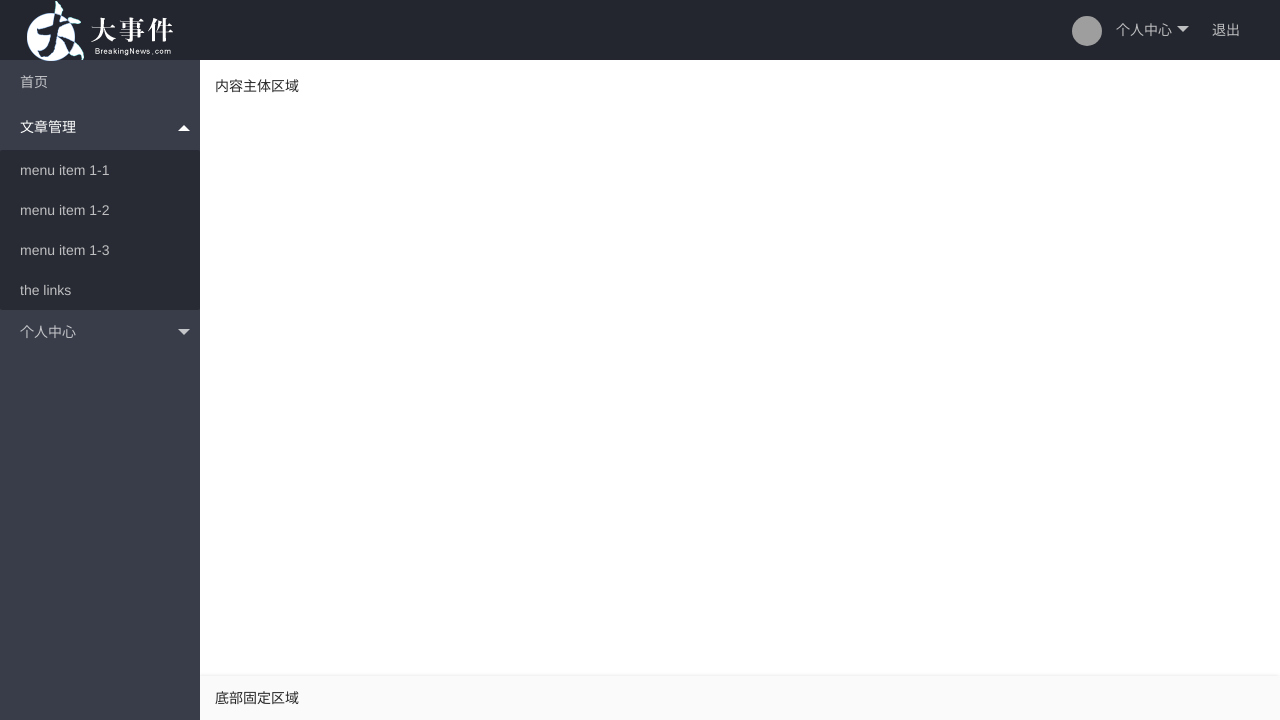
Repository: 1zhoukexin/web_aad
Page: index.html
These files come from the project's save history. The page is drawn as it stood at one moment and after the next save; the edit follows.
The browser window is 1280 px wide. The pictures show the whole page.
Pictures or frames that could not be fetched are drawn as grey boxes.

Above is the page before, as saved 2021-04-16 19:45:21.

### index.html
<!DOCTYPE html>
<html>

<head>
    <meta charset="utf-8">
    <meta name="viewport" content="width=device-width, initial-scale=1, maximum-scale=1">
    <title>后台主页</title>
    <link rel="stylesheet" href="./assets/lib/layui/css/layui.css">
</head>

<body>
    <div class="layui-layout layui-layout-admin">
        <div class="layui-header">
            <div class="layui-logo">
                <img src="/assets/images/logo.png" alt="">
            </div>
            <!-- 头部区域（可配合layui 已有的水平导航） -->

            <ul class="layui-nav layui-layout-right">
                <li class="layui-nav-item">
                    <a href="javascript:;">
                        <img src="//tva1.sinaimg.cn/crop.0.0.118.118.180/5db11ff4gw1e77d3nqrv8j203b03cweg.jpg" class="layui-nav-img"> 个人中心
                    </a>
                    <dl class="layui-nav-child">
                        <dd><a href="">基本资料</a></dd>
                        <dd><a href="">更换头像</a></dd>
                        <dd><a href="">重置密码</a></dd>
                    </dl>
                </li>
                <li class="layui-nav-item"><a href="">退出</a></li>
            </ul>
        </div>

        <div class="layui-side layui-bg-black">
            <div class="layui-side-scroll">
                <!-- 左侧导航区域（可配合layui已有的垂直导航） -->
                <ul class="layui-nav layui-nav-tree" lay-filter="test">
                    <li class="layui-nav-item"><a href="javascript:;">首页</a></li>
                    <li class="layui-nav-item layui-nav-itemed">
                        <a class="" href="javascript:;">文章管理</a>
                        <dl class="layui-nav-child">
                            <dd><a href="javascript:;">menu item 1-1</a></dd>
                            <dd><a href="javascript:;">menu item 1-2</a></dd>
                            <dd><a href="javascript:;">menu item 1-3</a></dd>
                            <dd><a href="">the links</a></dd>
                        </dl>
                    </li>
                    <li class="layui-nav-item">
                        <a href="javascript:;">个人中心</a>
                        <dl class="layui-nav-child">
                            <dd><a href="javascript:;">list 2-1</a></dd>
                            <dd><a href="javascript:;">list 2-2</a></dd>
                            <dd><a href="">超链接</a></dd>
                        </dl>
                    </li>


                </ul>
            </div>
        </div>

        <div class="layui-body">
            <!-- 内容主体区域 -->
            <div style="padding: 15px;">内容主体区域</div>
        </div>

        <div class="layui-footer">
            <!-- 底部固定区域 -->
            底部固定区域
        </div>
    </div>

    <script src="/assets/lib/layui/layui.js"></script>
</body>

</html>

Loaded but not shown: assets/lib/layui/css/layui.css (library); assets/lib/layui/layui.js (library); assets/lib/layui/css/modules/laydate/default/laydate.css (library); assets/lib/layui/css/modules/layer/default/layer.css (library); assets/lib/layui/css/modules/code.css (common file)

After the next save:
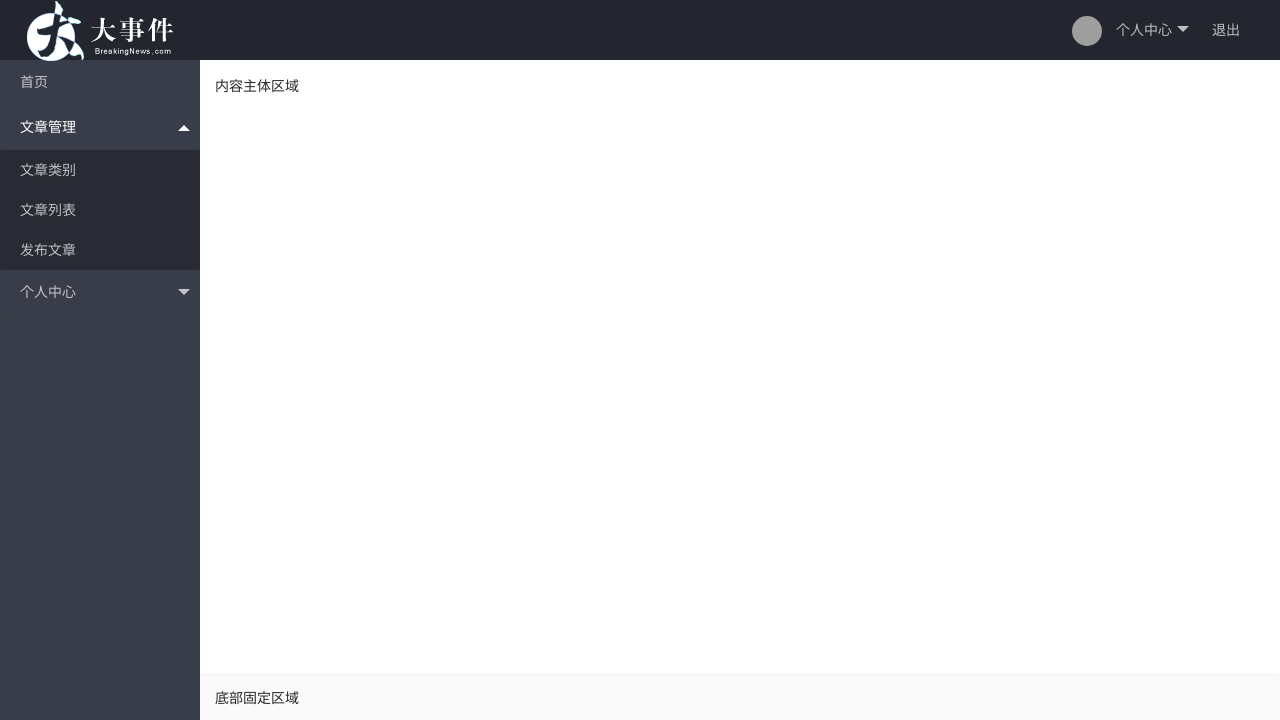
Saved 64 s later.
--- a/index.html
+++ b/index.html
@@ -39,10 +39,10 @@
                     <li class="layui-nav-item layui-nav-itemed">
                         <a class="" href="javascript:;">文章管理</a>
                         <dl class="layui-nav-child">
-                            <dd><a href="javascript:;">menu item 1-1</a></dd>
-                            <dd><a href="javascript:;">menu item 1-2</a></dd>
-                            <dd><a href="javascript:;">menu item 1-3</a></dd>
-                            <dd><a href="">the links</a></dd>
+                            <dd><a href="javascript:;">文章类别</a></dd>
+                            <dd><a href="javascript:;">文章列表</a></dd>
+                            <dd><a href="javascript:;">发布文章</a></dd>
+
                         </dl>
                     </li>
                     <li class="layui-nav-item">
